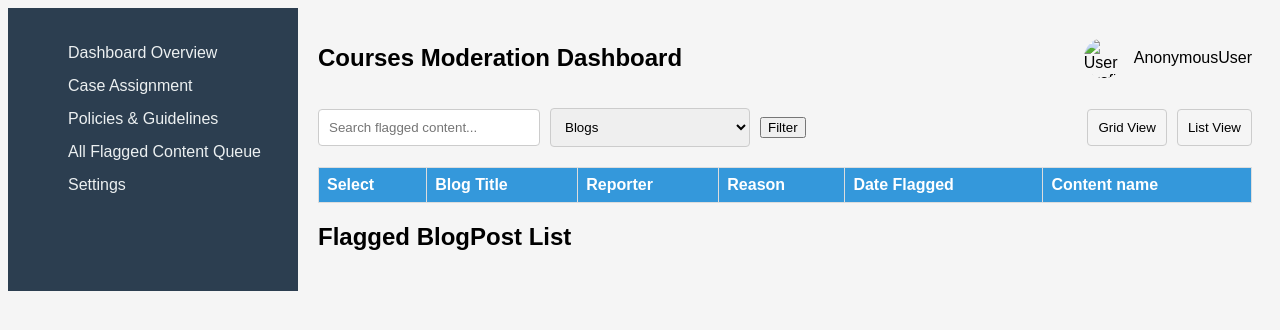
Repository: Learnli23/Learnli
Page: Learnli/users/templates/reported_blogs.html
These files come from the project's save history. The page is drawn as it stood at one moment and after the next save; the edit follows.
The browser window is 1280 px wide. The pictures show the whole page.
The template is drawn by Django 2.2. The application's start-up code is not run. Other server files are loaded and not shown. The template is opened directly, without the code that normally fills it, so the values that code supplies are empty.

Above is the page before, as saved 2024-12-08 10:23:39.

### Learnli/users/templates/reported_blogs.html
<!DOCTYPE html>
<html lang="en">
<head>
  <meta charset="UTF-8">
  <meta name="viewport" content="width=device-width, initial-scale=1.0">
  <title>Learnli BlogPost moderation tool</title>
  <style>
    /* General styling omitted for brevity; includes previous layout and design */
    .action-buttons button {
      padding: 10px;
      border: 1px solid transparent;
      border-radius: 5px;
      cursor: pointer;
    }


  </style>
</head>
<body>
   <!-- Sidebar -->
  <aside class="sidebar">
    <nav>
      <ul>
        <li><a href="#dashboard">Dashboard Overview</a></li>
        <li><a href="#case-assignment">Case Assignment</a></li>
        <li><a href="{% url 'blogs_guide' %}">Policies & Guidelines</a></li>
        <li><a href="{% url 'moderation_tool' %}">All Flagged Content Queue</a></li>
        <li><a href="#settings">Settings</a></li>
      </ul>
    </nav>
  </aside>


  <main class="main-content">
    <header class="header">
      <h1>Courses Moderation Dashboard</h1>
      <div class="user-profile">
        <img src="{{ user.profile_image.url }}" alt="User Profile">
        <span class="user-name">{{user}}</span>
      </div>
    </header>

    <!-- Filter Bar -->
    <div class="filter-bar">
      <input type="text" id="searchBar" placeholder="Search flagged content...">
      <select id="contentFilter">
        <option value="blog">Blogs</option>
      </select>
      <button onclick="filterTable()">Filter</button>
      <div class="toggle-view">
        <button onclick="toggleView('grid')">Grid View</button>
        <button onclick="toggleView('list')">List View</button>
      </div>
    </div>

    <!-- Table for Items -->
    <table class="analytics-table" id="itemTable">
      <thead>
        <tr>
          <th>Select</th>
          <th>Blog Title</th>
          <th>Reporter</th>
          <th>Reason</th>
          <th>Date Flagged</th>
          <th>Content name</th>
        </tr>
      </thead>
      <tbody>
        {% for item in flagged_blogs %}
        {% if item.content_category == "Blogpost" %}
        <tr data_id="{{ item.id }}"
          data-approve-url="{% url 'approve_flag' item.id %}"
          data-reject-url="{% url 'reject_flag' item.id %}"
          data-escalate-url="{% url 'escaleting_flag' item.id %}">

          <td><input type="checkbox" onchange="selectItem(this, 1)"></td>
          <td> {{ item.content_category }} </td>
          <td>{{ item.reported_by }}</td>
          <td>{{ item.reason }}</td>
          <td>{{ item.date_reported }}</td>
          {% if item.content_category == "Blogpost" %}
          <td><a href=" {% url 'enroll' item.object_id %} ">{{ item.content_object }}</a></td>
          {% endif %}
        </tr>
        {% endif %}
        {% endfor %}

        <!-- Add more rows as needed -->
      </tbody>
    </table>

    <!-- Flagged Content List Section -->
    <section id="flaggedContentList">
      <h2>Flagged BlogPost List</h2>
      <div class="content-list grid-view" id="contentList"></div>

    </section>
  </main>

  <script>
    const contentList = document.getElementById('contentList');
    let selectedItems = {};

    // Toggle View (Grid/List)
    function toggleView(viewType) {
      if (viewType === 'grid') {
        contentList.classList.add('grid-view');
        contentList.classList.remove('list-view');
      } else {
        contentList.classList.add('list-view');
        contentList.classList.remove('grid-view');
      }
    }

    // Filter Table Content
    function filterTable() {
      const filterValue = document.getElementById('contentFilter').value.toLowerCase();
      const searchValue = document.getElementById('searchBar').value.toLowerCase();
      const tableRows = document.querySelectorAll('#itemTable tbody tr');

      tableRows.forEach(row => {
        const contentType = row.cells[1].textContent.toLowerCase();
        const reason = row.cells[3].textContent.toLowerCase();

        if (
          (filterValue === 'all' || contentType.includes(filterValue)) &&
          (reason.includes(searchValue))
        ) {
          row.style.display = '';
        } else {
          row.style.display = 'none';
        }
      });
    }

    // Select Item and Add to Flagged Content List
    function selectItem(checkbox) {
  const row = checkbox.closest('tr');
  const id = row.dataset.id; // Get the item's id from the data attribute
  const contentType = row.cells[1].textContent;
  const reason = row.cells[3].textContent;

  if (checkbox.checked) {
    selectedItems[id] = { id,
      contentType,
      reason,
      approveUrl: row.dataset.approveUrl, // Get the approve URL
      rejectUrl: row.dataset.rejectUrl,   // Get the reject URL
      escalateUrl: row.dataset.escalateUrl, // Get the escalate URL
       };
    updateFlaggedContentList();
  } else {
    delete selectedItems[id];
    updateFlaggedContentList();
  }
}

    // Update Flagged Content List Section
function updateFlaggedContentList() {
  contentList.innerHTML = '';

  Object.keys(selectedItems).forEach(id => {
    const item = selectedItems[id];
    const contentItem = document.createElement('div');
    contentItem.classList.add('content-item');
    contentItem.innerHTML = `
      <h4>${item.contentType}</h4>
      <p>Reason</p>
      <p>${item.reason}</p>
      <div class="action-buttons">
        <a href="${item.approveUrl}"><button class="approve">Approve</button></a>
        <a href="${item.rejectUrl}"><button class="reject">Reject</button></a>
        <a href="${item.escalateUrl}"><button class="escalate">Escalate</button></a>
      </div>
    `;
    contentList.appendChild(contentItem);
  });
}
  </script>
</body>
</html>

<style>


 <style>
    /* Reset and base styling */
    * {
      margin: 0;
      padding: 0;
      box-sizing: border-box;
    }

    body {
      display: flex;
      font-family: Arial, sans-serif;
      background-color: #f5f5f5;
    }

    /* Sidebar styling */
    .sidebar {
      background-color: #2c3e50;
      width: 250px;
      padding: 20px;
      color: #fff;
    }

    .sidebar-logo {
      font-size: 24px;
      font-weight: bold;
      margin-bottom: 20px;
    }

    .sidebar nav ul {
      list-style: none;
    }

    .sidebar nav ul li {
      margin-bottom: 15px;
    }

    .sidebar nav ul li a {
      color: #ecf0f1;
      text-decoration: none;
      font-size: 16px;
      display: block;
    }

    .sidebar nav ul li a:hover {
      background-color: #34495e;
      padding-left: 10px;
    }

    /* Main content styling */
    .main-content {
      flex: 1;
      padding: 20px;
    }

    .header {
      display: flex;
      justify-content: space-between;
      align-items: center;
      margin-bottom: 20px;
    }

    .header h1 {
      font-size: 24px;
      text-align: center;
    }

    .user-profile {
      display: flex;
      align-items: center;
    }

    .user-profile img {
      width: 40px;
      height: 40px;
      border-radius: 50%;
      margin-right: 10px;
    }

    .dashboard-overview {
      margin-bottom: 20px;
    }

    .filter-bar {
      display: flex;
      align-items: center;
      margin-bottom: 20px;
    }

    .filter-bar input, .filter-bar select {
      padding: 10px;
      margin-right: 10px;
      border: 1px solid #ccc;
      border-radius: 4px;
      width: 200px;
    }

    .toggle-view {
      margin-left: auto;
      display: flex;
      gap: 10px;
    }

    .toggle-view button {
      padding: 10px;
      border: 1px solid #ccc;
      border-radius: 4px;
      background: none;
      cursor: pointer;
    }

    .toggle-view button:hover {
      background-color:green;
      color: #fff;
    }

    .content-list {
      display: grid;
      gap: 20px;
    }

    .content-list.grid-view {
      grid-template-columns: repeat(auto-fit, minmax(300px, 1fr));
    }

    .content-list.list-view {
      grid-template-columns: 1fr;
    }

    .content-item {
      border: 1px solid #ccc;
      padding: 15px;
      background-color: #fff;
      border-radius: 8px;
    }

    .content-item h4 {
      margin-bottom: 10px;
    }

    .content-item .action-buttons {
      display: flex;
      gap: 10px;
      margin-top: 10px;
    }

    .content-item .action-buttons button {
      border: 1px solid transparent;
      padding: 10px;
      border-radius: 5px;
      cursor: pointer;
    }

    .content-item .action-buttons button:hover {
      background-color:green;
      color: #fff;
    }

    .analytics-table {
      width: 100%;
      border-collapse: collapse;
      margin-bottom: 20px;
    }

    .analytics-table th, .analytics-table td {
      border: 1px solid #ddd;
      text-align: left;
      padding: 8px;
    }

    .analytics-table th {
      background-color: #3498db;
      color: white;
    }

    .note-area {
      margin-top: 20px;
    }

    .note-area textarea {
      width: 100%;
      padding: 10px;
      border: 1px solid #ccc;
      border-radius: 4px;
      resize: vertical;
    }
  </style>

After the next save:
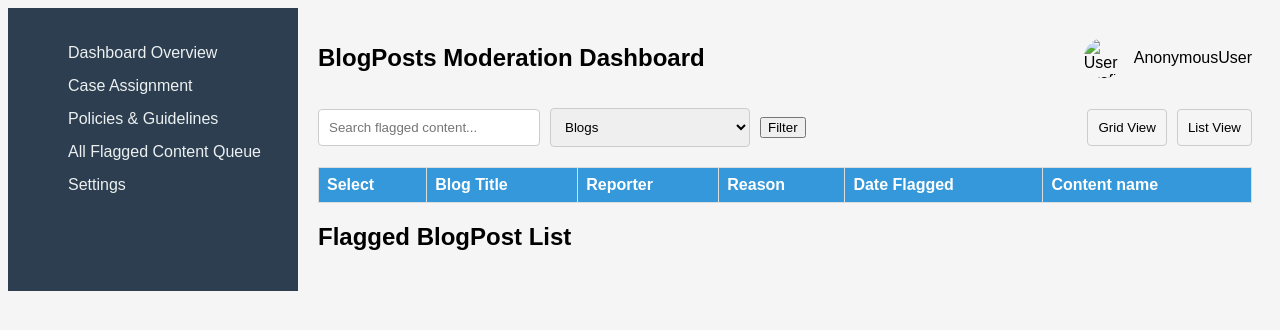
Saved 75 s later.
--- a/Learnli/users/templates/reported_blogs.html
+++ b/Learnli/users/templates/reported_blogs.html
@@ -33,7 +33,7 @@
 
   <main class="main-content">
     <header class="header">
-      <h1>Courses Moderation Dashboard</h1>
+      <h1>BlogPosts Moderation Dashboard</h1>
       <div class="user-profile">
         <img src="{{ user.profile_image.url }}" alt="User Profile">
         <span class="user-name">{{user}}</span>
